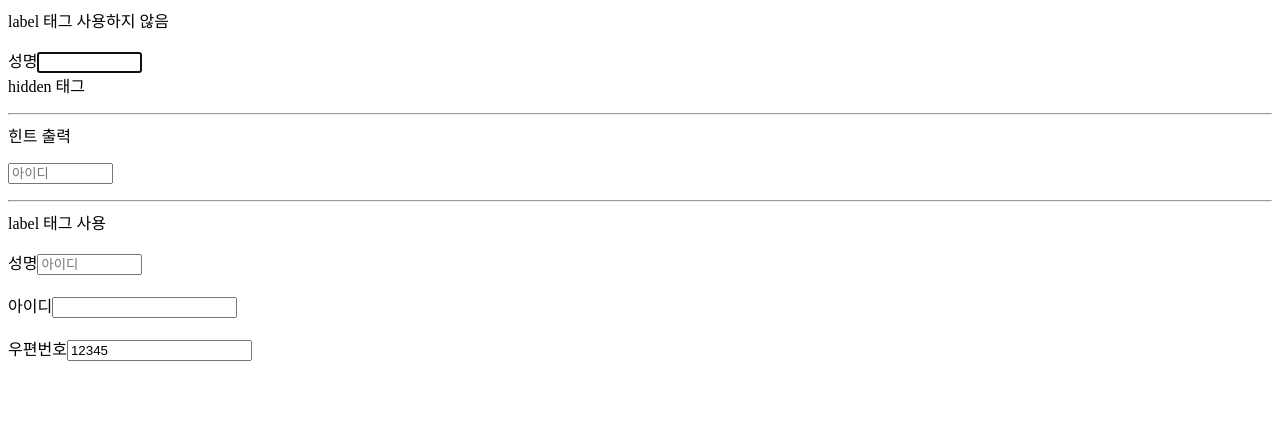
Repository: roditee/Frontend_ex
Page: HTML01/src/main/webapp/form.html
An editor plug-in stored every save of this project. The page is shown before and after the next save, followed by the edit.
The browser window is 1280 px wide. The pictures show the whole page.

Above is the page before, as saved 2021-12-02 07:47:14.

### HTML01/src/main/webapp/form.html
<!DOCTYPE html>
<html>
	<head>
		<meta charset="UTF-8">
		<title>입력 양식 태그 : form 태그</title>
	</head>
	<body>
		<form method="post" action="newMember.jsp">
			label 태그 사용하지 않음<p>
			성명<input type="text" id="name" name="name" size="10" autofocus><br>

			hidden 태그
			<input type="text" id="prdNo" hidden>
			<hr>

			힌트 출력<p>
			<input type="text" name="id" size="10" placeholder="아이디"><br>
			<hr>

			label 태그 사용<p>
			<label>성명<input type="text" name="name2" size="10" placeholder="아이디"></label><br><br>
			<label>아이디<input type="id" name="name2" maxlength="8"></label><br><br>
			<label>우편번호<input type="text" name="zipcode" value="12345" readonly></label><br><br>
		</form>
	</body>
</html>

After the next save:
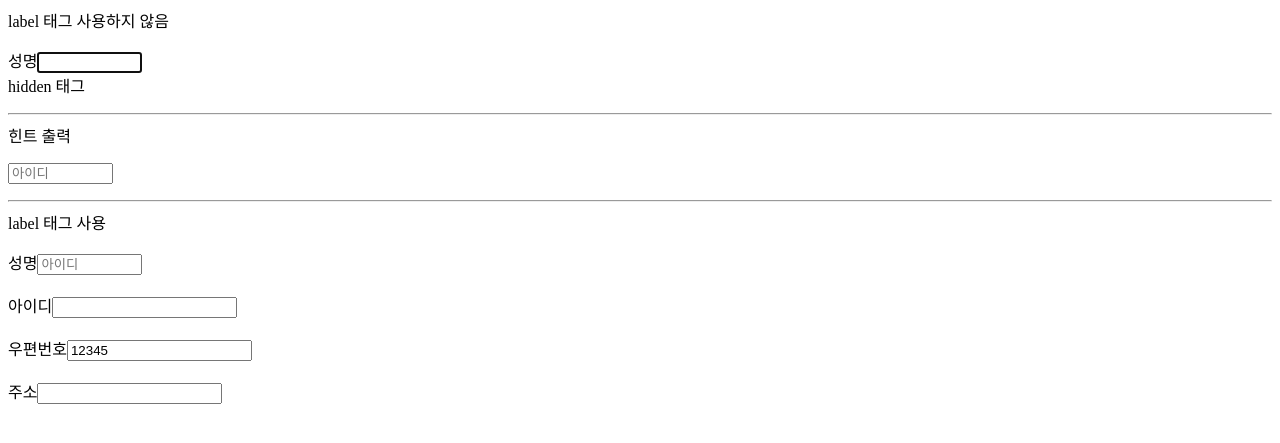
Saved 72 s later.
--- a/HTML01/src/main/webapp/form.html
+++ b/HTML01/src/main/webapp/form.html
@@ -21,6 +21,8 @@
 			<label>성명<input type="text" name="name2" size="10" placeholder="아이디"></label><br><br>
 			<label>아이디<input type="id" name="name2" maxlength="8"></label><br><br>
 			<label>우편번호<input type="text" name="zipcode" value="12345" readonly></label><br><br>
+			<label>주소<input type="text" name="address" required></label><br><br>
+
 		</form>
 	</body>
 </html>
